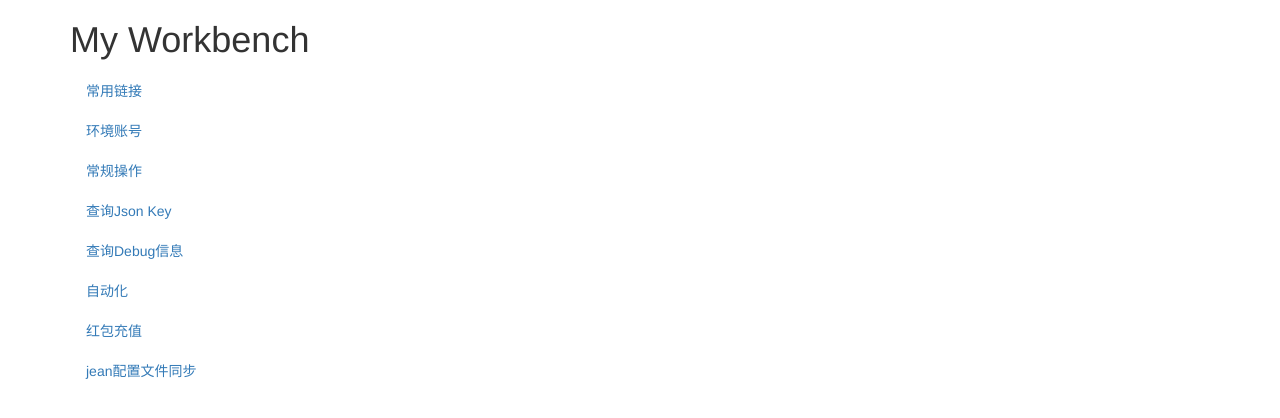
Repository: wangyanqing666/study
Page: Bootstrap学习/index.html
The author's editor kept a copy of each file at every save. The page is drawn from the files as they stood at one save, then again after the next save.
The browser window is 1280 px wide. The pictures show the whole page.
Some web libraries are served in a nearby version.

Above is the page before, as saved 2020-12-03 15:27:49.

### Bootstrap学习/index.html
<!DOCTYPE html>

<head>
    <meta charset="UTF-8">
    <title>表单和图片</title>
    <link rel="stylesheet" href="https://cdn.staticfile.org/twitter-bootstrap/3.3.7/css/bootstrap.min.css">
    <script src="https://cdn.staticfile.org/jquery/2.1.1/jquery.min.js"></script>
    <script src="https://cdn.staticfile.org/twitter-bootstrap/3.3.7/js/bootstrap.min.js"></script>
</head>

<body>
    <div class="container" >
        <h1>My Workbench</h1>
        <div class='navbar ' >
            <div class='nav-collapse'>
                <ul class="nav">
                    <li class="active"> <a href="../links" id="links" name="links.html" target="fcontent">常用链接</a></li>
                    <li class="active"> <a href="../getpapertext/envAccount" id="account" name="envAccount"
                            target="fcontent">环境账号</a></li>
                    <li class="active"><a href="../syncUser" id="sync" name="sync" target="fcontent">常规操作</a></li>
                    <li class="active"><a href="../formit" id="sync" name="sync" target="fcontent">查询Json Key</a></li>
                    <li class="active"><a href="../alaskasend" id="sync" name="sync" target="fcontent">查询Debug信息</a>
                    </li>
                    <li class="active"><a href="../getpapertext/autoTest" id="autoTest" name="autoTest"
                            target="fcontent">自动化</a></li>
                    <li class="active"><a href="../redPackage" id="redPackage" name="redPackage"
                            target="fcontent">红包充值</a></li>
                    <li class="active"><a href="../synconfig" id="synconfig" name="synconfig"
                            target="fcontent">jean配置文件同步</a></li>
                </ul>
            </div>
        </div>
    </div>
    <!-- <div class="container" style="background:#FFF; color:#000; border:none; height:850px; width:80%; solid #D4CD49;">
        <iframe src="../links" id="iframe" name="fcontent" style="height:100%; width:100%" frameborder="0" border="0"
            framespacing="0"></iframe>
    </div> -->
</body>

</html>

After the next save:
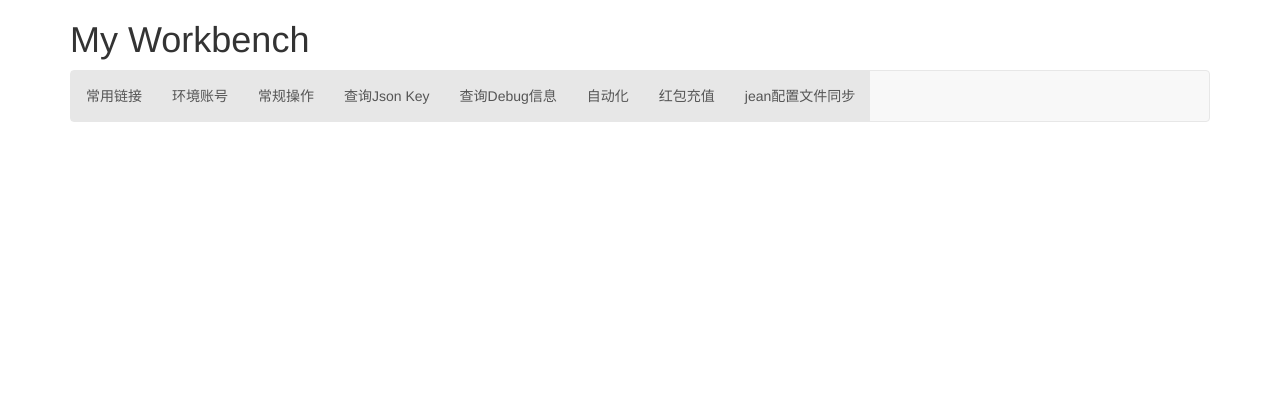
Saved 94 s later.
--- a/Bootstrap学习/index.html
+++ b/Bootstrap学习/index.html
@@ -11,9 +11,9 @@
 <body>
     <div class="container" >
         <h1>My Workbench</h1>
-        <div class='navbar ' >
-            <div class='nav-collapse'>
-                <ul class="nav">
+        <div class="navbar navbar-default" role="navigation" >
+            <!-- <div class='nav-collapse'> -->
+                <ul class="nav navbar-nav">
                     <li class="active"> <a href="../links" id="links" name="links.html" target="fcontent">常用链接</a></li>
                     <li class="active"> <a href="../getpapertext/envAccount" id="account" name="envAccount"
                             target="fcontent">环境账号</a></li>
@@ -28,7 +28,7 @@
                     <li class="active"><a href="../synconfig" id="synconfig" name="synconfig"
                             target="fcontent">jean配置文件同步</a></li>
                 </ul>
-            </div>
+            <!-- </div> -->
         </div>
     </div>
     <!-- <div class="container" style="background:#FFF; color:#000; border:none; height:850px; width:80%; solid #D4CD49;">
